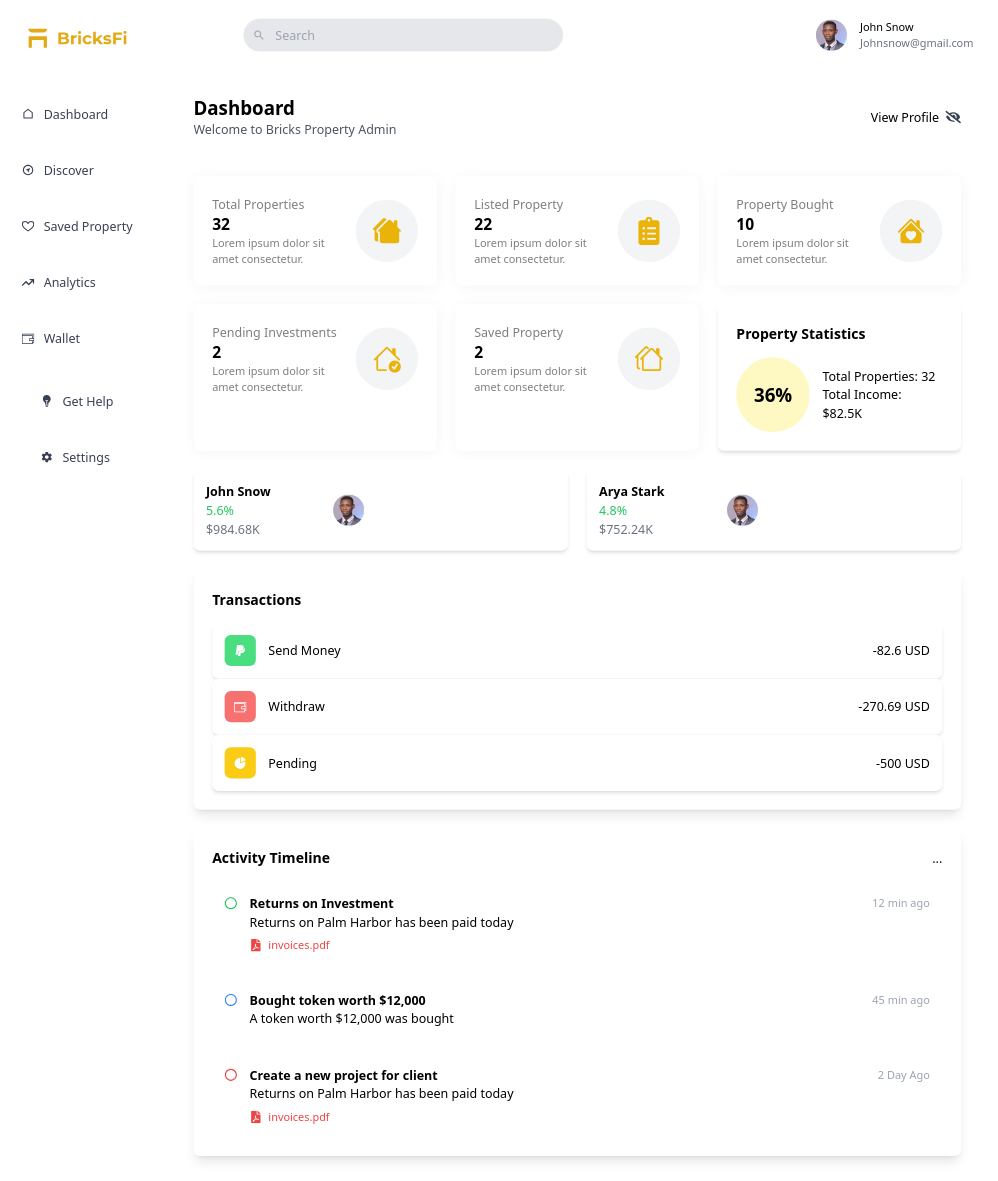
Repository: AyomideAkintade/BricksFi-Frontend
Page: /dashboard (app in client/)
An editor plug-in stored every save of this project. The page is shown before and after the next save, followed by the edit.
The browser window is 1280 px wide. The pictures show the whole page, at 78% of full size.
The page's requests for data from a server got no answer. The project was rebuilt for these pictures with package versions that can differ from the ones it lists, and the page was loaded fresh each time. No one was signed in, and anything a server would have sent is missing. Also part of the build but not shown: client/src/components/navbar.jsx, client/src/components/home.jsx, client/src/components/homeSecond.jsx, client/src/components/homeThird.jsx, client/src/components/homeFifth.jsx, client/src/components/homeSixth.jsx, client/src/components/homeSeventh.jsx, client/src/api/base.js and 11 more.

Above is the page before, as saved 2024-10-04 23:17:35.

### client/src/index.css
@import "tailwindcss/base";
@import "tailwindcss/components";
@import "tailwindcss/utilities";


@font-face {
  font-family: Poppins;
  src: url(/src/assets/fonts/Poppins-Regular.ttf) format("truetype"), url(/src/assets/fonts/Poppins-Bold.ttf) format("truetype"), url(/src/assets/fonts/Poppins-Medium.ttf) format("truetype");

}

### client/src/App.js
import { BrowserRouter as Router, Route, Routes } from "react-router-dom";
import Home from "./pages/homePage";
import HomeFourth from "./components/login.jsx";
import HomeEight from "./components/signup.jsx";
import ForgotPasswordPage from "./components/forgotPassword.jsx";
import DashboardLayout from "./pages/dashboardLayout";
import DashboardPage from "./pages/dashboard.jsx";
import PieAnalytics from "./components/analytics.jsx";
import Discover from "./components/discover.jsx";
import SavedPropertyPage from "./components/savedProperties.jsx";
import { ToastContainer } from "react-toastify";
import 'react-toastify/dist/ReactToastify.css';
import { useEffect, useState } from "react";
import { BrCookies } from "./utils/storage/cookies.js";
// import DiscoverPage from "./pages/discover.jsx";
// import SavedPropertyPage from "./pages/savedProperty.jsx";

function App() {

  const [ loggedIn, setLoggedIn ] = useState(false);
  const [ isLoading, setLoading ] = useState(true);

  useEffect(()=>{
    const ck = new BrCookies(document);
    ck.getCookie('authToken')
      .then((value) => {
        setLoggedIn(true);
        setLoading(false);
      })
      .catch((e) => {
        setLoading(false);
        // this.setState({ isLoading: false }); // Set loading to false even if there is an error
      });
  }, [])
  if (isLoading) {
    return <div></div>;
  }

  return (
    <div>
      <ToastContainer limit={5} />
      {loggedIn ?
      <Router>
        <Routes>
          <Route path="*" element={<DashboardLayout />}>
            <Route index element={<DashboardPage />} />
          </Route>
          <Route path="/dashboard" element={<DashboardLayout />}>
            <Route index element={<DashboardPage />} />
            <Route path="discover" element={<Discover/>} />
            <Route path="saved-property" element={<SavedPropertyPage/>} />
            <Route path="analytics" element={<PieAnalytics />} />
          </Route>
        </Routes>
      </Router>
      :
      <Router>
        <Routes>
          {/* Public Routes */}
          <Route path="/" element={<Home />} />
          <Route path="/login" element={<HomeFourth />} />
          <Route path="/signup" element={<HomeEight />} />
          <Route path="/forgot-password" element={<ForgotPasswordPage />} />

          {/* Dashboard Routes with Sidebar and Header */}
          <Route path="/dashboard" element={<DashboardLayout />}>
            <Route index element={<DashboardPage />} />
            <Route path="discover" element={<Discover/>} />
            <Route path="saved-property" element={<SavedPropertyPage/>} />
            <Route path="analytics" element={<PieAnalytics />} />
          </Route>
        </Routes>
      </Router>
      }
    </div>
  );
}

export default App;

### client/src/pages/dashboardLayout.jsx
import React from 'react';
import Sidebar from '../components/sidebar';
import Header from '../components/header';
import { Outlet } from 'react-router-dom';

const DashboardLayout = () => {
  return (
    <div className="flex">
      {/* Sidebar */}
      <Sidebar />

      <div className="flex-1 ml-[200px]">
        {/* Header */}
        <Header />

        <div className="px-6 py-2">
          {/* Outlet will render the child routes here */}
          <Outlet />
        </div>
      </div>
    </div>
  );
};

export default DashboardLayout;

### client/src/pages/dashboard.jsx
import React from 'react';
import DashboardStats from '../components/statCard';
import TopInvestors from '../components/investorCard';
import Transactions from '../components/transaction';
import ActivityTimeline from '../components/activity';
import { FaEyeSlash } from 'react-icons/fa'; // Make sure to import the icon

const Dashboard = () => {
  return (
    <div className="flex flex-col">
      <div className="flex justify-between p-6">
        <div>
          <h2 className="text-2xl font-semibold">Dashboard</h2>
          <p className="text-gray-600">Welcome to Bricks Property Admin</p>
        </div>
        <div className="flex items-center space-x-2">
          <span>View Profile</span>
          <FaEyeSlash className="text-gray-700 text-xl" />
        </div>
      </div>
      <div className="p-6">
        {/* Dashboard Stats */}
        <DashboardStats />

        {/* Top Investors and Property Stats */}
        <div className=" mt-6">
          <TopInvestors />

        </div>

        {/* Transactions Section */}
        <div className="mt-6">
          <Transactions />
        </div>

        {/* Activity Timeline */}
        <div className="mt-6">
          <ActivityTimeline />
        </div>
      </div>
    </div>
  );
};

export default Dashboard;

### client/src/utils/storage/cookies.js

// eslint-disable-next-line no-unused-vars
class BrCookies {

    constructor(document) {
        this.document = document || (typeof document !== "undefined" ? document : null);
    }

    /**
     *
     * @param {Array<CookieData>} dataList
     */

    saveCookies(dataList){

        if (!Array.isArray(dataList)) {
            throw new Error("Data list must be an array.");
        }

        for (const data of dataList) {
            if (!(data instanceof CookieData)) {
                throw new Error("Invalid cookie data format.");
            }

            // save each cookie
            let cookieValue = `${data.name}=${data.value}; expires=${data.expiryDate.toUTCString()}; path=/`;

            // Set SameSite=None if running on localhost
            if (window.location.hostname !== 'localhost') {

                cookieValue += '; SameSite=Strict; Secure'
            }

            this.document.cookie = cookieValue;
        }
    }

    async getCookie(name) {
        return new Promise((resolve, reject) => {
          const cookies = this.document.cookie.split('; ');
          for (const cookie of cookies) {
            const [cookieName, cookieValue] = cookie.split('=');
            if (cookieName === name) {
              resolve(cookieValue);
              return;
            }
          }
          reject(new Error(`Cookie with name ${name} not found.`));
        });
    }

    removeCookie(name) {
        this.document.cookie = name + "=;Path=/;expires=Thu, 01 Jan 1970 00:00:00 GMT";
    }

    removeAllCookies() {
        const cookies = this.document.cookie.split(";");
        for (var i = 0; i < cookies.length; i++) {
            const cookie = cookies[i];
            const eqPos = cookie.indexOf("=");
            const name = eqPos > -1 ? cookie.substr(0, eqPos) : cookie;
            document.cookie = name + "=;Path=/;expires=Thu, 01 Jan 1970 00:00:00 GMT";
        }
    }
}


class CookieData {
    constructor(name, value, expiryDate) {

        if (typeof name !== "string" || typeof value !== "string" || !(expiryDate instanceof Date) || name.length === 0) {
            throw new Error("Invalid CookieData format.");
        }

        this.name = name;
        this.value = value;
        this.expiryDate = expiryDate;
    }
}

function createCookieDate(timeInSec) {

    const timeInDays = timeInSec / (3600 * 24);

    const currentDate = new Date();

    const futureDate = new Date();
    futureDate.setDate(currentDate.getDate() + timeInDays);


    return futureDate
}


export { BrCookies, CookieData, createCookieDate };

### client/src/components/sidebar.jsx
import React from 'react';
import { Link } from 'react-router-dom';
import { RiHomeLine } from "react-icons/ri";
import { RiCompassDiscoverLine } from "react-icons/ri";
import { GrFavorite } from "react-icons/gr";
import { FaArrowTrendUp } from "react-icons/fa6";
import { TfiWallet } from "react-icons/tfi";
import { IoBulbSharp } from "react-icons/io5";
import { IoMdSettings } from "react-icons/io";
import BricksFi from "../assets/bricksfi.svg"

const Sidebar = () => {
  return (
    <aside className="bg-white h-screen w-[15%] fixed p-3 min-w-[200px]">
      <div className="p-6">
        <img
        src={BricksFi}
        alt='BricksFi'
        className='w-full'
        />
      </div>
      <nav className="mt-8">
        <ul className="space-y-4">
          <li className="p-4 hover:bg-yellow-100">
            <Link to="/dashboard" className="flex items-center text-gray-700">
              <RiHomeLine className="mr-3" /> Dashboard
            </Link>
          </li>
          <li className="p-4 hover:bg-yellow-100">
            <Link to="/dashboard/discover" className="flex items-center text-gray-700">
              <RiCompassDiscoverLine className="mr-3" /> Discover
            </Link>
          </li>
          <li className="p-4 hover:bg-yellow-100">
            <Link to="/dashboard/saved-property" className="flex items-center text-gray-700">
              <GrFavorite className="mr-3" /> Saved Property
            </Link>
          </li>
          <li className="p-4 hover:bg-yellow-100">
            <Link to="/dashboard/analytics" className="flex items-center text-gray-700">
              <FaArrowTrendUp className="mr-3" /> Analytics
            </Link>
          </li>
          <li className="p-4 hover:bg-yellow-100">
            <Link to="/dashboard/wallet" className="flex items-center text-gray-700">
              <TfiWallet className="mr-3" /> Wallet
            </Link>
          </li>
        </ul>
      </nav>
      <div className="mt-auto p-6">
        <ul className="space-y-4">
          <li className="p-4 hover:bg-yellow-100">
            <Link to="/" className="flex items-center text-gray-700">
              <IoBulbSharp className="mr-3" /> Get Help
            </Link>
          </li>
          <li className="p-4 hover:bg-yellow-100">
            <Link to="/" className="flex items-center text-gray-700">
              <IoMdSettings className="mr-3" /> Settings
            </Link>
          </li>
        </ul>
      </div>
    </aside>
  );
};

export default Sidebar;

### client/src/components/header.jsx
import React from 'react';
import COCO from "../assets/clem.jpeg"
import { IoMdSearch } from "react-icons/io";
import { IoNotificationsOutline } from "react-icons/io5";

const Header = () => {
  return (
    <div className="w-full flex gap-10 justify-between items-center py-6 bg-white sticky top-0 z-50 px-12" >
      {/* style={{boxShadow: "1px 1px 20px -8px #0000001A"}} */}
      <div className='px-16 w-full'>
      <div className="relative w-2/3">
        <input
          type="text"
          placeholder="Search"
          className="p-2 pl-10 w-full border rounded-full bg-gray-200 text-black focus:outline-none"
        />
        <IoMdSearch className="absolute left-3 top-1/2 transform -translate-y-1/2 text-gray-400" />
      </div>
      </div>
      <div className="flex items-center space-x-4 ">
        <IoNotificationsOutline className="text-gray-700 text-2xl" />
        <img
          src={COCO}
          alt="profile"
          className="rounded-full h-10 w-10"
        />
        <div className="">
          <span className="block text-sm font-medium">John Snow</span>
          <span className="block text-sm text-gray-500">Johnsnow@gmail.com</span>
        </div>
      </div>
    </div>
  );
};

export default Header;

### client/src/components/statCard.jsx
import { BsFillHousesFill, BsHouseCheck, BsFillHouseHeartFill, BsHouses } from "react-icons/bs";
import { FaClipboardList } from "react-icons/fa";
import PropertyStatistics from '../components/propertyStatistic';


const StatCard = ({ title, value, icon, paragraph }) => {
    return (
        <div className="bg-white rounded-lg p-6 flex flex-col justify-between" style={{boxShadow: "1px 2px 20px -4px #22303E14"}}>
            <div className="flex items-center space-x-4">
                <div className="flex-1">
                    <h3 className="text-[#807F7F]">{title}</h3>
                    <h2 className="text-xl font-semibold">{value}</h2>
                    <p className="text-md text-[#807F7F] text-sm">{paragraph}</p>
                </div>
                <div className="flex items-center justify-center w-20 h-20 bg-gray-100 rounded-full text-yellow-500 text-4xl">
                    {icon}
                </div>
            </div>
        </div>
    );
};


const DashboardStats = () => {
    return (
        <div className="grid grid-cols-1 md:grid-cols-3 gap-6">
            <StatCard
                title="Total Properties"
                value="32"
                paragraph="Lorem ipsum dolor sit amet consectetur."
                icon={<BsFillHousesFill />}
            />
            <StatCard
                title="Listed Property"
                value="22"
                paragraph="Lorem ipsum dolor sit amet consectetur."
                icon={<FaClipboardList />}
            />
            <StatCard
                title="Property Bought"
                value="10"
                paragraph="Lorem ipsum dolor sit amet consectetur."
                icon={<BsFillHouseHeartFill />}
            />
            <StatCard
                title="Pending Investments"
                value="2"
                paragraph="Lorem ipsum dolor sit amet consectetur."
                icon={<BsHouseCheck />}
            />
             <StatCard
                title="Saved Property"
                value="2"
                paragraph="Lorem ipsum dolor sit amet consectetur."
                icon={<BsHouses />}
            />


                <PropertyStatistics />

        </div>
    );
};

export default DashboardStats;

### client/src/components/investorCard.jsx
import Clem from "../assets/clem.jpeg";


const InvestorCard = ({ name, investment, profit }) => {
    return (
      <div className="flex items-center p-4 bg-white shadow-md rounded-lg">

        <div>
          <h3 className="font-semibold">{name}</h3>
          <p className="text-green-500"> {profit}</p>
          <p className="text-gray-500"> {investment}</p>
        </div>

        <img
          src={Clem}
          alt={name}
          className="rounded-full h-10 w-10 ml-20"
        />
      </div>
    );
  };

  const TopInvestors = () => {
    return (
      <>
        {/* <h2 className="text-lg font-semibold mb-4">Top Investors</h2> */}
        <div className="grid grid-cols-1 md:grid-cols-2 gap-6">
          <InvestorCard name="John Snow" investment="$984.68K" profit="5.6%" />
          <InvestorCard name="Arya Stark" investment="$752.24K" profit="4.8%" />
        </div>
      </>
    );
  };

  export default TopInvestors;

### client/src/components/transaction.jsx
import { FaPaypal } from "react-icons/fa6";
import { TfiWallet } from "react-icons/tfi";
import { GiPieChart } from "react-icons/gi";

const TransactionItem = ({ icon, description, amount, bgColor }) => {
    return (
        <div className="flex justify-between items-center p-4 bg-white shadow-md rounded-lg">
            {/* Icon and Description in a row */}
            <div className="flex items-center space-x-4">
                {/* Icon with dynamic background and rounded shape */}
                <div className={`p-3 ${bgColor} rounded-lg text-white`}>
                    {icon}
                </div>
                <span>{description}</span>
            </div>

            {/* Amount */}
            <div>
                <span>{amount}</span>
            </div>
        </div>
    );
};

const Transactions = () => {
    return (
        <div className="bg-white p-6 shadow-lg rounded-lg">
            <h2 className="text-lg font-semibold mb-4">Transactions</h2>
            {/* Different background colors for each transaction */}
            <TransactionItem
                icon={<FaPaypal />}
                description="Send Money"
                amount="-82.6 USD"
                bgColor="bg-green-400"  // Green background
            />
            <TransactionItem
                icon={<TfiWallet />}
                description="Withdraw"
                amount="-270.69 USD"
                bgColor="bg-red-400"    // Red background
            />
            <TransactionItem
                icon={<GiPieChart />}
                description="Pending"
                amount="-500 USD"
                bgColor="bg-yellow-400" // Yellow background
            />
        </div>
    );
};

export default Transactions;

### client/src/components/activity.jsx
import React from 'react';
import { FaRegCircle, FaFilePdf } from 'react-icons/fa'; // Import necessary icons

const ActivityItem = ({ title, description, time, file, color }) => {
    return (
        <div className="flex items-start space-x-4 p-4">
            <div className="mt-1">
                {/* The color prop determines the icon color */}
                <FaRegCircle className={`${color}`} />
            </div>
            <div className="flex-1">
                <div className="flex justify-between items-center">
                    <h4 className="font-semibold">{title}</h4>
                    <span className="text-gray-400 text-sm">{time}</span>
                </div>
                <p>{description}</p>
                {file && (
                    <div className="flex items-center mt-2 text-red-500">
                        <FaFilePdf />
                        <span className="ml-2 text-sm">{file}</span>
                    </div>
                )}
            </div>
        </div>
    );
};

const ActivityTimeline = () => {
    return (
        <div className="bg-white p-6 shadow-lg rounded-lg">
            <div className="flex justify-between items-center mb-4">
                <h2 className="text-lg font-semibold">Activity Timeline</h2>
                <div>...</div>
            </div>
            <div className="space-y-4">
                <ActivityItem
                    title="Returns on Investment"
                    description="Returns on Palm Harbor has been paid today"
                    time="12 min ago"
                    file="invoices.pdf"
                    // Blue icon
                    color="text-green-500"
                />
                <ActivityItem
                    title="Bought token worth $12,000"
                    description="A token worth $12,000 was bought"
                    time="45 min ago"
                    color="text-blue-500" // Green icon
                />
                <ActivityItem
                    title="Create a new project for client"
                    description="Returns on Palm Harbor has been paid today"
                    time="2 Day Ago"
                    file="invoices.pdf"
                    color="text-red-500" // Red icon
                />
            </div>
        </div>
    );
};

export default ActivityTimeline;

### client/src/components/propertyStatistic.jsx
import React from 'react';

const PropertyStatistics = () => {
    return (
        <div className="bg-white shadow-md rounded-lg p-6 flex flex-col justify-between">
            <h2 className="text-lg font-semibold mb-4">Property Statistics</h2>
            <div className="flex items-center space-x-4">
                {/* Property Stats Circle Graph */}
                <div className="w-24 h-24 bg-yellow-100 rounded-full flex items-center justify-center">
                    <span className="text-2xl font-bold">36%</span>
                </div>
                <div>
                    <p>Total Properties: 32</p>
                    <p>Total Income: $82.5K</p>
                </div>
            </div>
        </div>
    );
};

export default PropertyStatistics;

### client/tailwind.config.js
/** @type {import('tailwindcss').Config} */
module.exports = {
  content: ["./src/**/*.{html,js,jsx}"],
  theme: {
    extend: {
      fontFamily: {
        Poppins: ['Poppins'],
      }
    },
    screens: {
      sm: '640px',
      // => @media (min-width: 640px) { ... }

      md: '768px',
      // => @media (min-width: 768px) { ... }

      lg: '1024px',
      // => @media (min-width: 1024px) { ... }

      xl: '1280px',
      // => @media (min-width: 1280px) { ... }

      '2xl': '1536px',
      // => @media (min-width: 1536px) { ... }
      'custombp': {'raw': '(min-height: 375px),(min-width:768px)'}
    },
  },
  plugins: [],
}

Loaded but not shown: client/public/index.html (common file); client/src/index.js (common file); client/src/reportWebVitals.js (common file)

After the next save:
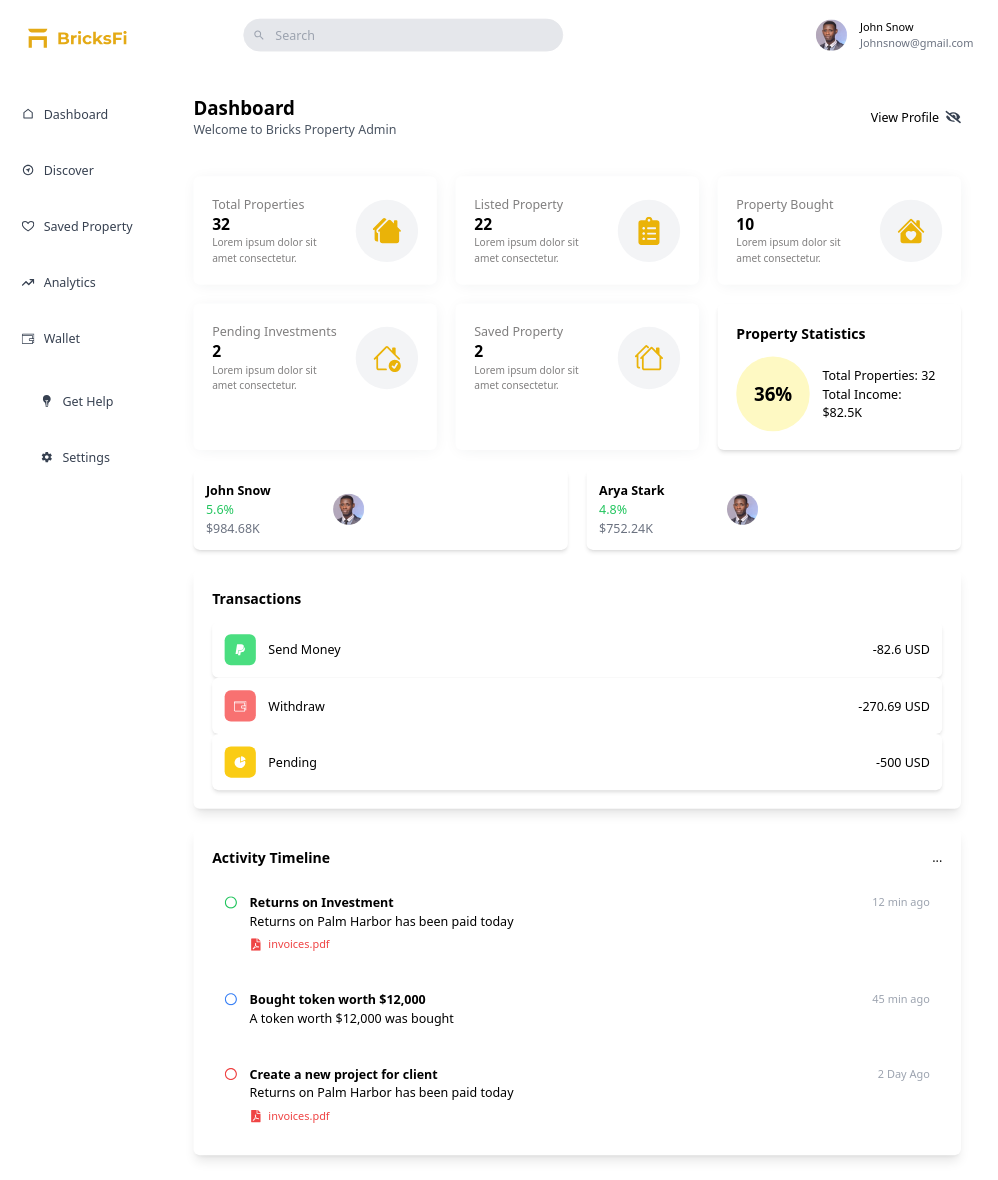
Saved 11 s later.
--- a/client/src/components/statCard.jsx
+++ b/client/src/components/statCard.jsx
@@ -10,7 +10,7 @@
                 <div className="flex-1">
                     <h3 className="text-[#807F7F]">{title}</h3>
                     <h2 className="text-xl font-semibold">{value}</h2>
-                    <p className="text-md text-[#807F7F] text-sm">{paragraph}</p>
+                    <p className="text-[13px] text-[#807F7F]">{paragraph}</p>
                 </div>
                 <div className="flex items-center justify-center w-20 h-20 bg-gray-100 rounded-full text-yellow-500 text-4xl">
                     {icon}
